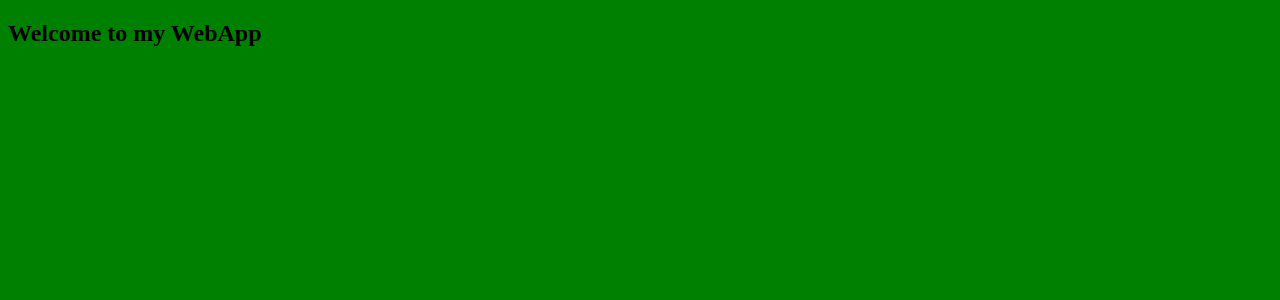
Repository: Shoumorup/ForGitDemo
Page: mywebapp/src/main/webapp/index.html
These files come from the project's save history. The page is drawn as it stood at one moment and after the next save; the edit follows.
The browser window is 1280 px wide. The pictures show the whole page.

Above is the page before, as saved 2019-07-16 05:13:46.

After the next save:
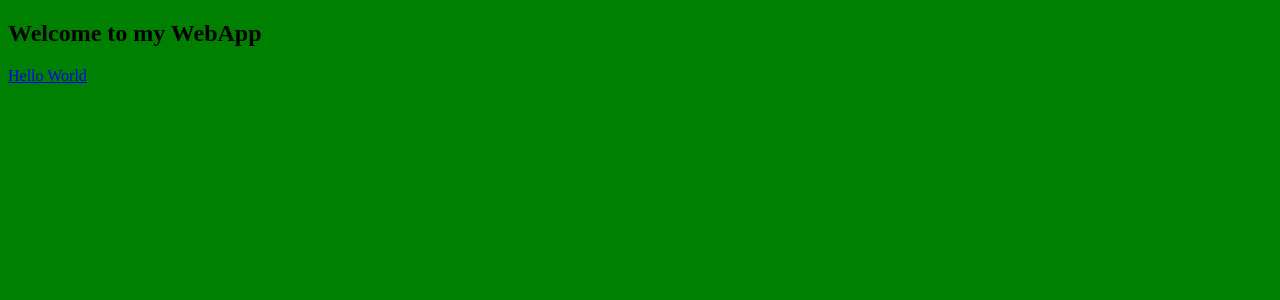
Saved 3 min 5 s later.
--- a/mywebapp/src/main/webapp/index.html
+++ b/mywebapp/src/main/webapp/index.html
@@ -7,5 +7,6 @@
 <body bgcolor="green">
 
 <h2>Welcome to my WebApp</h2>
+<a href="hello">Hello World</a>
 </body>
 </html>
